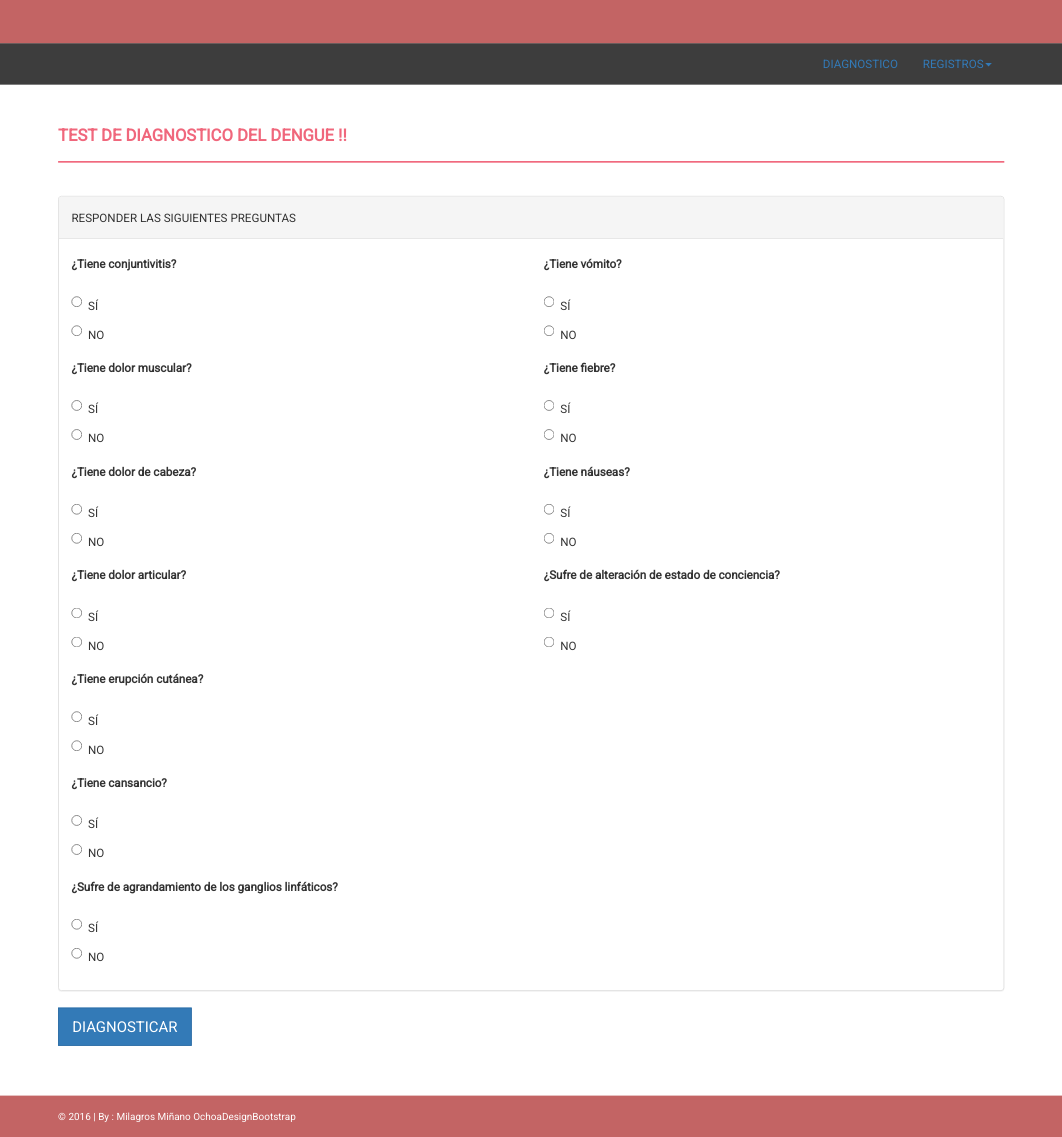
Repository: Mili10/PROYECTOII
Page: http://localhost/Capa_Presentacion/frmCuestionario.jsp
These files come from the project's save history. The page is drawn as it stood at one moment and after the next save; the edit follows.
The browser window is 1280 px wide. The pictures show the whole page, at 83% of full size.
The page is served by Tomcat 9.

Above is the page before, as saved 2016-07-07 16:30:44.

After the next save:
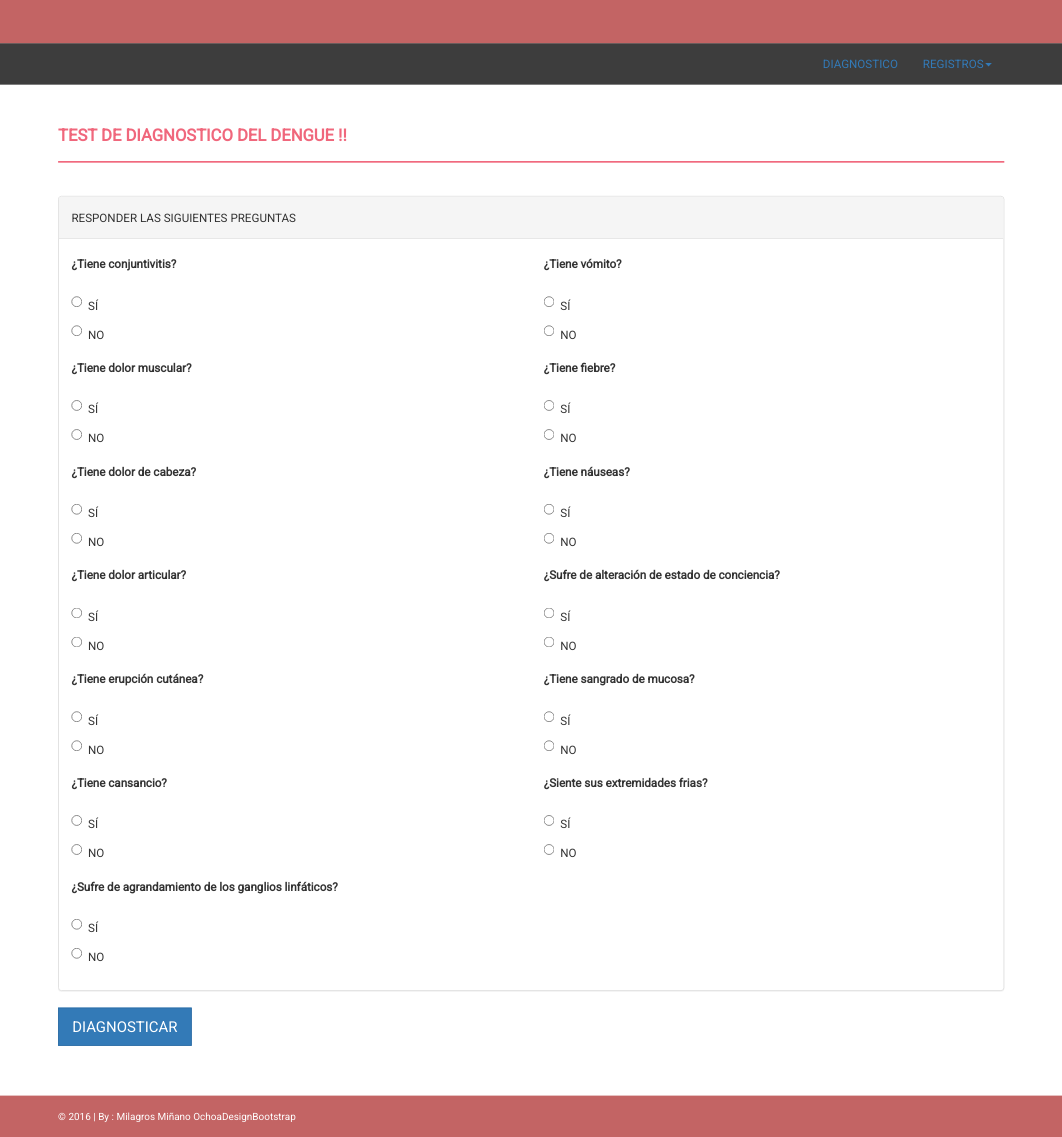
Saved 2 min 14 s later.
--- a/sistema_experto_web/Capa_Presentacion/WebContent/frmCuestionario.jsp
+++ b/sistema_experto_web/Capa_Presentacion/WebContent/frmCuestionario.jsp
@@ -200,6 +200,36 @@
 								    NO
 								  </label>
 								</div>
+								<div class="form-group">
+								    <label for="exampleInputEmail1">¿Tiene sangrado de mucosa?</label>
+								</div>
+								<div class="radio">
+								  <label>
+								    <input type="radio" name="opcionSM" id="opcionSM" value="S_mucosa" >
+								    SÍ
+								  </label>
+								</div>
+								<div class="radio">
+								  <label>
+								    <input type="radio" name="opcionSM" id="opcionSM" value="~S_mucosa">
+								    NO
+								  </label>
+								</div>
+								<div class="form-group">
+								    <label for="exampleInputEmail1">¿Siente sus extremidades frias?</label>
+								</div>
+								<div class="radio">
+								  <label>
+								    <input type="radio" name="opcionEF" id="opcionEF" value="E_frias" >
+								    SÍ
+								  </label>
+								</div>
+								<div class="radio">
+								  <label>
+								    <input type="radio" name="opcionEF" id="opcionEF" value="~E_frias">
+								    NO
+								  </label>
+								</div>
 						 </div>
 
                      </div>
